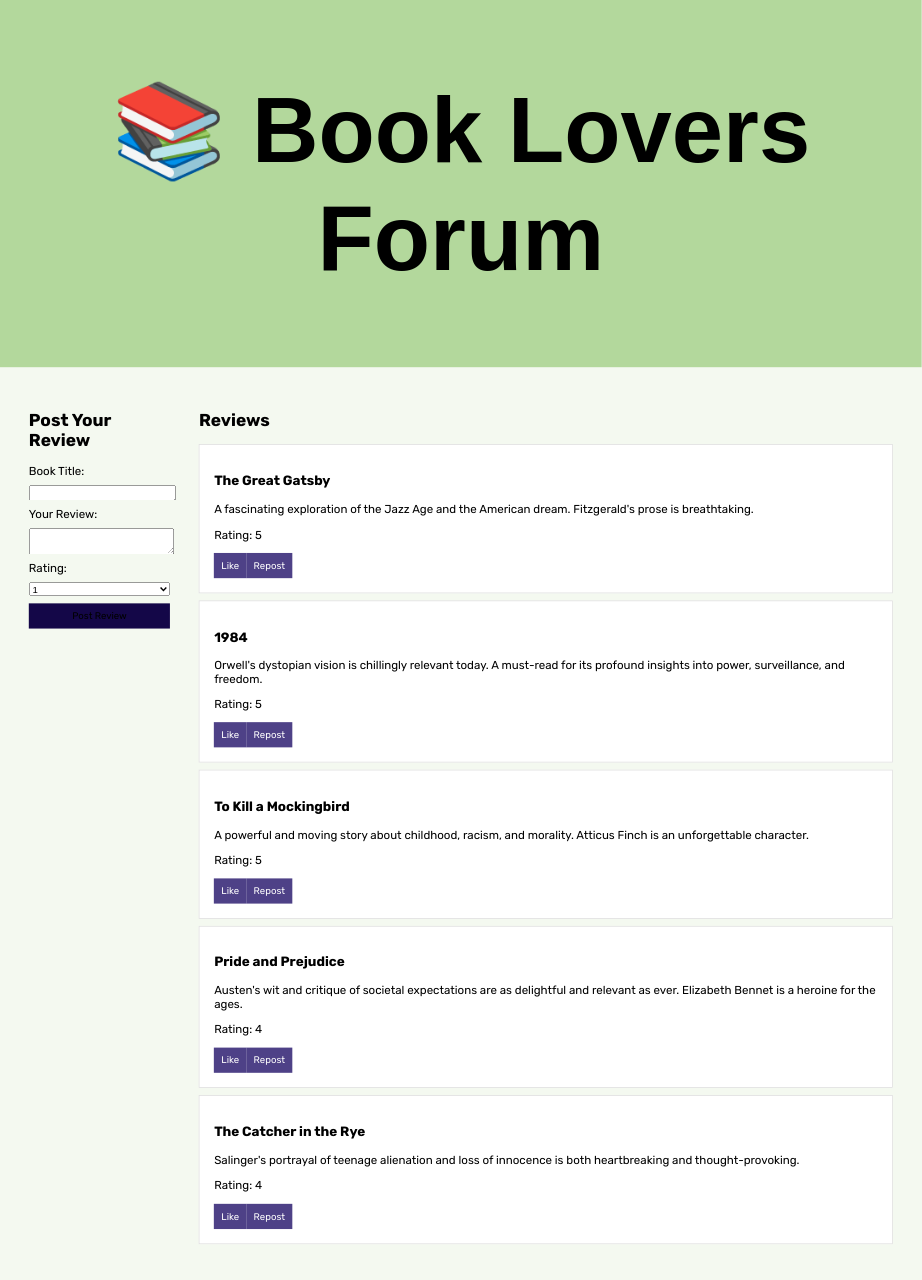
Repository: valentinaarojas/virtual-book-club
Page: index.html
An editor plug-in stored every save of this project. The page is shown before and after the next save, followed by the edit.
The browser window is 1280 px wide. The pictures show the whole page, at 72% of full size.
The first visible `button` is being pressed.
Some web fonts or font styles are not loaded; a fallback is used.

Above is the page before, as saved 2025-02-12 17:26:41.
Console error: ReferenceError: form is not defined

### index.html
<!DOCTYPE html>
<html lang="en">
<head>
    <title>Book Lovers Forum</title>
    <link rel="stylesheet" href="styles.css">
    <link rel="preconnect" href="https://fonts.googleapis.com">
    <link rel="preconnect" href="https://fonts.gstatic.com" crossorigin>
    <link href="https://fonts.googleapis.com/css2?family=Licorice&display=swap" rel="stylesheet">
    <link href="https://fonts.googleapis.com/css2?family=Licorice&family=Rubik:ital,wght@0,300..900;1,300..900&display=swap" rel="stylesheet">
</head>
<body>
    <header>
        <h1>📚 Book Lovers Forum</h1>
    </header>
    <main>
        <section id="review-form-section">
            <h2>Post Your Review</h2>
            <form id="review-form">
                <label for="book-title">Book Title:</label>
                <input type="text" id="book-title" name="book-title" required>
                <label for="review-text">Your Review:</label>
                <textarea id="review-text" name="review-text" required></textarea>
                <label for="rating">Rating:</label>
                <select id="rating" name="rating">
                    <option value="1">1</option>
                    <option value="2">2</option>
                    <option value="3">3</option>
                    <option value="4">4</option>
                    <option value="5">5</option>
                </select>
                <button type="submit">Post Review</button>
            </form>
        </section>
        <section id="reviews-section">
            <h2>Reviews</h2>
            <div id="reviews-list">
                <!-- Reviews will be dynamically inserted here -->
            </div>
        </section>
    </main>
    <script src="script.js"></script>
</body>
</html>

### styles.css
body {
    font-family: Rubik, sans-serif;
    margin: 0;
    padding: 0;
    background-color: #F4F9F0;
}

header {
    background-color: #B3D89C;
    padding: 20px;
    text-align: center;
}

main {
    padding: 20px;
    display: flex;
}

section {
    margin: 20px;
}

h1 {
    font-family: Licorice, sans-serif;
    font-size: 8em;
}

#reviews-section {
    flex-grow: 2;
}

#review-form-section,
#reviews-section {
    margin-bottom: 20px;
}

#review-form label,
#review-form input,
#review-form textarea,
#review-form select,
#review-form button {
    display: block;
    width: 100%;
    margin-top: 10px;
}

button {
    background-color: #4E4187;
    font-family: Rubik, sans-serif;
    color: white;
    padding: 10px;
    border: none;
    cursor: pointer;
}

button:hover {
    background-color: #C1BADE;
    color: black;
}

button:active {
    background-color: #140748;
}

#reviews-list {
    margin-top: 20px;
}

.review-item {
    background-color: #fff;
    border: 1px solid #ddd;
    padding: 20px;
    margin-bottom: 10px;
}

.review-item:hover {
    background-color: #f9f9f9;
}

### script.js
function loadReviews() {
    console.log("loadReviews called!");
    fetch('reviews.json')
        .then(response => {
            if (!response.ok) {
                throw new Error('Network response was not ok');
            }
            return response.json();  // Assuming the server sends JSON
        })
        .then(reviews => {
            console.log(reviews); // Log the fetched reviews
            const reviewsList = document.getElementById("reviews-list"); // Get the div to append reviews
            reviews.forEach(review => {
                const reviewElement = createReviewElement(review);
                reviewsList.appendChild(reviewElement); // Append each review to the list
            });
        })
        .catch(error => {
            console.error('There was a problem:', error);
        });
}

function handleReviewSubmit() {
    console.log("handleReviewSubmit");
}

function createReviewElement(review) {
    console.log(review);
    const newDiv = document.createElement('div'); // Create the main review container
    newDiv.classList.add('review-item'); // Add the class 'review-item' (can style now)
    const bookTitle = document.createElement('h3'); // Create and add book title
    bookTitle.textContent = review.title;
    newDiv.append(bookTitle);
    const reviewText = document.createElement('p'); // Create and add review text
    reviewText.textContent = review.reviewText;
    newDiv.append(reviewText);
    const rating = document.createElement('p'); // Create and add rating
    rating.textContent = `Rating: ${review.rating}`;
    newDiv.append(rating);
    const likeButton = document.createElement('button'); // Create and add like button
    likeButton.textContent = "Like";
    likeButton.id = `like-${review.id}`; // Unique ID based on review ID
    likeButton.setAttribute('data-liked', 'false');
    likeButton.addEventListener('click', () => toggleLike(likeButton, review.id));
    newDiv.appendChild(likeButton);
    const repostButton = document.createElement('button'); // Create and add repost button
    repostButton.textContent = "Repost";
    repostButton.id = `repost-${review.id}`; // Unique ID based on review ID
    repostButton.addEventListener('click', () => repostReview(review.id));
    newDiv.appendChild(repostButton);
    return newDiv; // Return the created review element
}

function toggleLike(button, reviewId) {
    console.log('Like button clicked');
}

function repostReview(reviewId) {
    console.log('Repost button clicked');
}

document.addEventListener("DOMContentLoaded", () => {
    console.log("page loaded and ready for actions!");
    loadReviews();
    const reviewForm = document.getElementById("reviews-list");
    form.addEventListener('submit', handleReviewSubmit);
});

### reviews.json
[
	{
		"id": 1,
		"title": "The Great Gatsby",
		"reviewText": "A fascinating exploration of the Jazz Age and the American dream. Fitzgerald's prose is breathtaking.",
		"rating": 5,
		"likes": 12,
		"reposts": 4
	},
	{
		"id": 2,
		"title": "1984",
		"reviewText": "Orwell's dystopian vision is chillingly relevant today. A must-read for its profound insights into power, surveillance, and freedom.",
		"rating": 5,
		"likes": 15,
		"reposts": 5
	},
	{
		"id": 3,
		"title": "To Kill a Mockingbird",
		"reviewText": "A powerful and moving story about childhood, racism, and morality. Atticus Finch is an unforgettable character.",
		"rating": 5,
		"likes": 20,
		"reposts": 8
	},
	{
		"id": 4,
		"title": "Pride and Prejudice",
		"reviewText": "Austen's wit and critique of societal expectations are as delightful and relevant as ever. Elizabeth Bennet is a heroine for the ages.",
		"rating": 4,
		"likes": 18,
		"reposts": 7
	},
	{
		"id": 5,
		"title": "The Catcher in the Rye",
		"reviewText": "Salinger's portrayal of teenage alienation and loss of innocence is both heartbreaking and thought-provoking.",
		"rating": 4,
		"likes": 10,
		"reposts": 3
	}
]

After the next save:
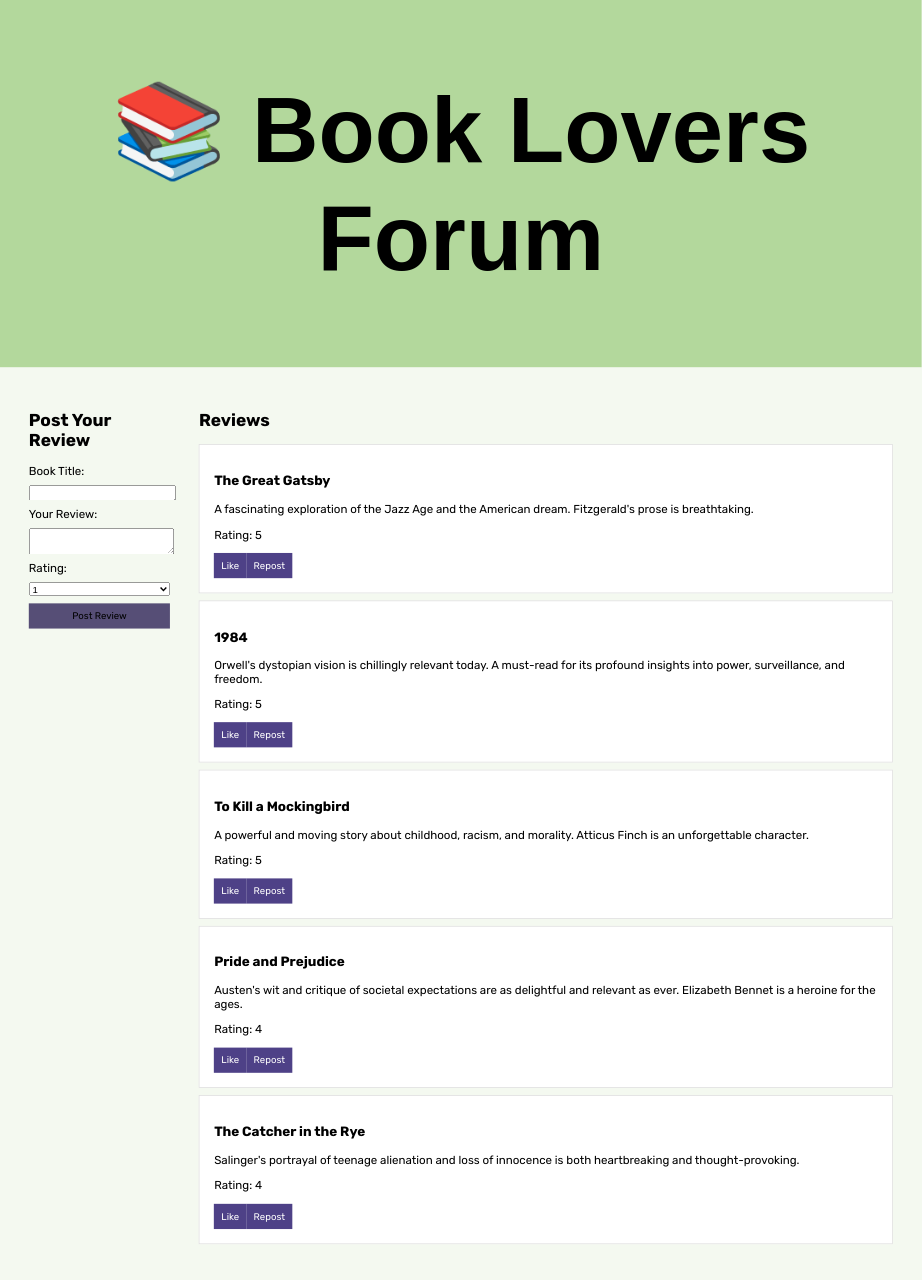
Saved 11 s later.
--- a/styles.css
+++ b/styles.css
@@ -59,7 +59,7 @@ button:hover {
 }
 
 button:active {
-    background-color: #140748;
+    background-color: #564e76;
 }
 
 #reviews-list {
